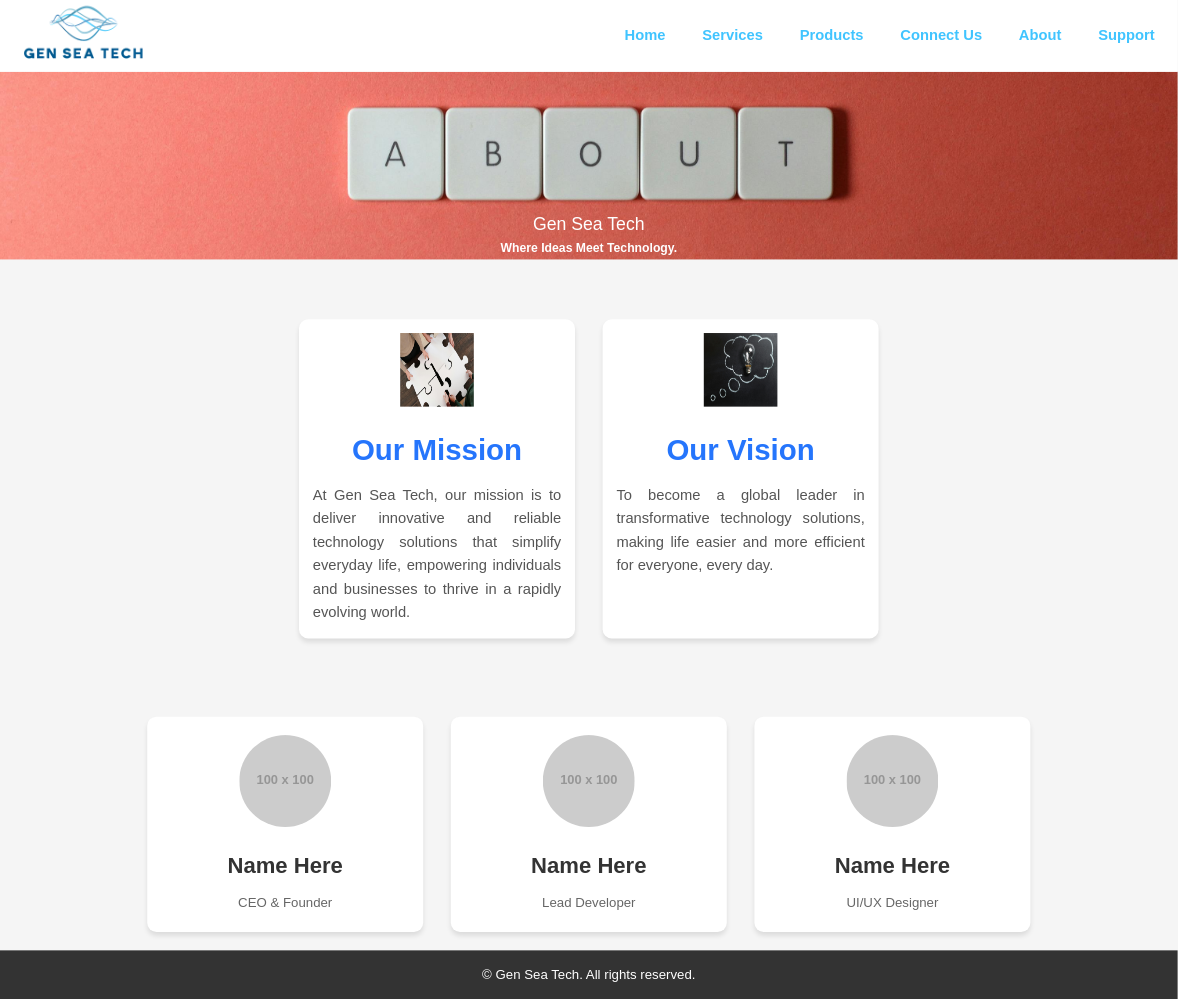
Repository: aniketkhatawkar/Gen_Sea_Tech
Page: http://localhost/GenSeaTech/about.jsp
The author's editor kept a copy of each file at every save. The page is drawn from the files as they stood at one save, then again after the next save.
The browser window is 1280 px wide. The pictures show the whole page, at 92% of full size.
The page is served by Tomcat 10. Other server files are loaded and not shown.

Above is the page before, as saved 2024-12-14 12:13:31.

### GenSeaTech/src/main/webapp/about.jsp
<!DOCTYPE html>
<html lang="en">
<head>
<meta charset="UTF-8">
<meta name="viewport" content="width=device-width, initial-scale=1.0">
<title>About</title>
<link rel="icon" href="assets/logo.png" type="image/png" >
<style>
    * {
        margin: 0;
        padding: 0;
        box-sizing: border-box;
        font-family: 'Arial', sans-serif;
    }

    body {
        background-color: #f5f5f5;
        color: #333;
        overflow-x: hidden;
    }

    header {
	    background:  url("assets/about.jpg") no-repeat center center;
	    background-size: cover;
	    object-fit: cover;
		color: #ffffff;
	    padding: 1px 5px;
	    text-align: center;
	}

    header h1 {
        font-size: 3rem;
        margin-bottom: 5px;
    }

    header p {
        font-size: 1.2rem;
        margin-top:150px;
    }

    .mission-vision-section {
        display: flex;
        flex-wrap: wrap;
        justify-content: center;
        gap: 30px;
        margin: 15px;
        padding: 50px;
    }

    .mission-vision-card {
        background: white;
        border-radius: 10px;
        box-shadow: 0 4px 6px rgba(0, 0, 0, 0.1);
        padding: 15px;
        text-align: center;
        width: 300px;
        transition: transform 0.3s ease, box-shadow 0.3s ease;
    }

    .mission-vision-card img {
        width: 80px;
        height: 80px;
        margin-bottom: 15px;
    }

    .mission-vision-card h2 {
        font-size: 2rem;
        color: #2575fc;
        margin-bottom: 10px;
    }

    .mission-vision-card p {
        font-size: 1rem;
        line-height: 1.6;
        color: #555;
        text-align: justify;
    }

    .about-section {
        display: flex;
        flex-wrap: wrap;
        justify-content: center;
        padding: 20px 10px;
        gap: 30px;
    }

    .about-card {
        background: white;
        border-radius: 10px;
        box-shadow: 0 4px 6px rgba(0, 0, 0, 0.1);
        padding: 20px;
        text-align: center;
        width: 300px;
        transition: transform 0.3s ease, box-shadow 0.3s ease;
    }

    .about-card:hover {
        transform: translateY(-10px);
        box-shadow: 0 8px 12px rgba(0, 0, 0, 0.2);
    }

    .about-card img {
        width: 100px;
        height: 100px;
        border-radius: 50%;
        margin-bottom: 15px;
    }

    .about-card h3 {
        margin-bottom: 10px;
        font-size: 1.5rem;
    }

    .about-card p {
        font-size: 0.9rem;
        color: #666;
    }

    @media (max-width: 768px) {
        header h1 {
            font-size: 2.5rem;
        }

        .mission-vision-card {
            width: 100%;
            max-width: 400px;
        }

        .about-card {
            width: 100%;
            max-width: 300px;
        }
    }
</style>
</head>
<body>
	<!-- NavBar -->
	<%@ include file="navbar.jsp" %>

    <header>
        <p>Gen Sea Tech</p>
        <h5>Where Ideas Meet Technology.</h5>
    </header>

    <section class="mission-vision-section">
        <div class="mission-vision-card">
            <img src="assets/mission.jpg" alt="Mission Icon">
            <h2>Our Mission</h2>
            <p>At Gen Sea Tech, our mission is to deliver innovative and reliable technology solutions that simplify everyday life, empowering individuals and businesses to thrive in a rapidly evolving world.</p>
        </div>

        <div class="mission-vision-card">
            <img src="assets/vision.jpg" alt="Vision Icon">
            <h2>Our Vision</h2>
            <p>To become a global leader in transformative technology solutions, making life easier and more efficient for everyone, every day.</p>
        </div>
    </section>

    <section class="about-section" id="team">
        <div class="about-card">
            <img src="https://via.placeholder.com/100" alt="Team Member">
            <h3>Name Here</h3>
            <p>CEO & Founder</p>
        </div>

        <div class="about-card">
            <img src="https://via.placeholder.com/100" alt="Team Member">
            <h3>Name Here</h3>
            <p>Lead Developer</p>
        </div>

        <div class="about-card">
            <img src="https://via.placeholder.com/100" alt="Team Member">
            <h3>Name Here</h3>
            <p>UI/UX Designer</p>
        </div>
    </section>

	<!-- Footer -->
    <%@ include file="footer.jsp" %>
</body>
</html>

### GenSeaTech/src/main/webapp/navbar.jsp
<%@ page language="java" contentType="text/html; charset=UTF-8"
    pageEncoding="UTF-8"%>
<!DOCTYPE html>
<html>
<head>
<meta charset="UTF-8">
<title>Gen Sea Tech</title>
<link rel="icon" href="assets/logo.png" type="image/png" >
<style>
* {
	margin: 0;
	padding: 0;
	box-sizing: border-box;
	font-family: Arial, sans-serif;
}

body {
	line-height: 1.6;
}
.navbar {
	background-color: #ffffff;
	color: #fff;
	padding: 5px 5px;
	display: flex;
	justify-content: space-between;
	align-items: center;
	position: relative;
}

.navbar a {
	color: #40c4ff;
	text-decoration: none;
	margin: 0 20px;
	font-weight: bold;
}

.navbar a:hover {
	color: #757575;
}

.links {
	display: flex;
}
@media (max-width: 768px) {
	.links {
		display: none;
		flex-direction: column;
		background-color: #333;
		position: absolute;
		top: 50px;
		right: 10px;
		width: 200px;
		border-radius: 5px;
		box-shadow: 0px 4px 6px rgba(0, 0, 0, 0.1);
	}

	.links a {
		margin: 10px 0;
		text-align: center;
	}

	.hamburger {
		display: flex;
	}

	.links.active {
		display: flex;
	}
}
</style>
</head>
<body>
	<div class="navbar">
		<div class="logo">
        <a href="home.jsp"><img src="assets/namelogo.png" alt="Gen Sea Tech Logo" style="height: 60px; margin-right: 10px;"></a>
    	</div>
		<div class="links">
			<a href="home.jsp">Home</a>
			<a href="services.jsp">Services</a>
			<a href="products.jsp">Products</a>
			<a href="connectus.jsp">Connect Us</a>
			<a href="about.jsp">About</a>
			<a href="#support.jsp">Support</a>
		</div>
	</div>
</body>
</html>

### GenSeaTech/src/main/webapp/footer.jsp
<%@ page language="java" contentType="text/html; charset=UTF-8"
    pageEncoding="UTF-8"%>
<!DOCTYPE html>
<html>

<head>

<style>
	footer {
        background-color: #333;
        color: white;
        text-align: center;
        padding: 15px;
        margin-top: 0px;
    }

    footer p {
        font-size: 0.9rem;
    }
</style>

	<meta charset="UTF-8">
	<title>Footer</title>
</head>

<body>
	<footer>
        <p>&copy; Gen Sea Tech. All rights reserved.</p>
    </footer>
</body>

</html>

After the next save:
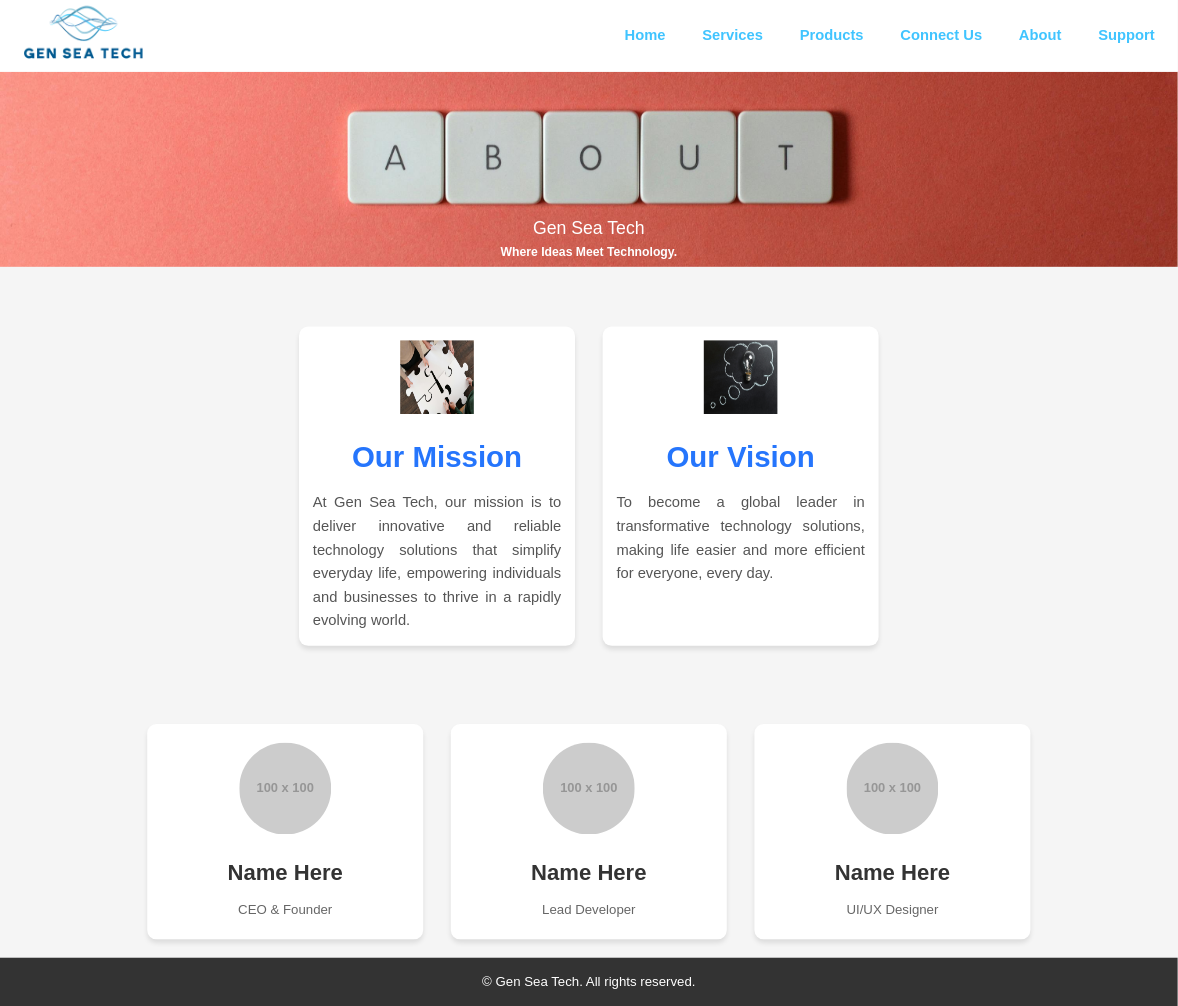
Saved 11 s later.
--- a/GenSeaTech/src/main/webapp/about.jsp
+++ b/GenSeaTech/src/main/webapp/about.jsp
@@ -24,7 +24,7 @@
 	    background-size: cover;
 	    object-fit: cover;
 		color: #ffffff;
-	    padding: 1px 5px;
+	    padding: 5px 5px;
 	    text-align: center;
 	}
 
